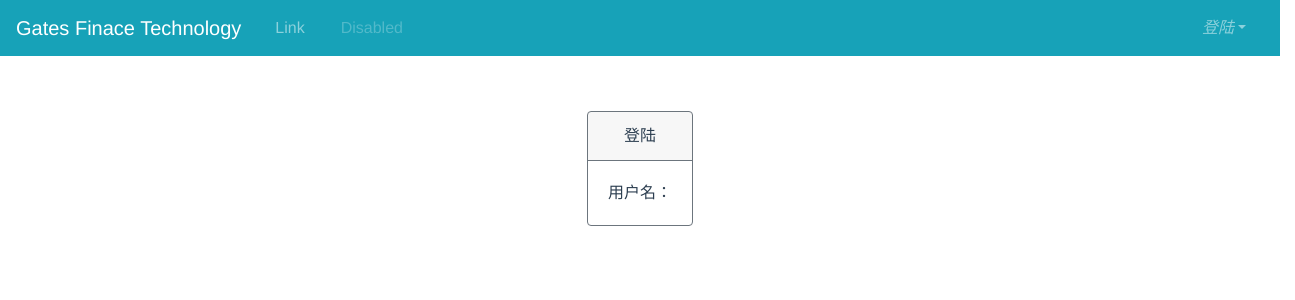
Repository: sqsssq/GatesFinace
Page: /login (app in webview/)
The author's editor kept a copy of each file at every save. The page is drawn from the files as they stood at one save, then again after the next save.
The browser window is 1280 px wide. The page is 1295 px wide, so the pictures cover 1295 px, including what lies to the right of the window. The pictures show the whole page.
The project was rebuilt for these pictures with package versions that can differ from the ones it lists, and the page was loaded fresh each time. Also part of the build but not shown: webview/src/components/HelloWorld.vue, webview/src/views/Home.vue, webview/src/components/gatesCarousel.vue, webview/src/views/main.vue.

Above is the page before, as saved 2020-11-03 16:22:36.

### webview/public/index.html
<!DOCTYPE html>
<html lang="en">
  <head>
    <meta charset="utf-8">
    <meta http-equiv="X-UA-Compatible" content="IE=edge">
    <meta name="viewport" content="width=device-width,initial-scale=1.0">
    <link rel="icon" href="<%= BASE_URL %>favicon.ico">
    <title><%= htmlWebpackPlugin.options.title %></title>
    <style>
      html, body{ margin:0; height:100%; }
    </style>
  </head>
  <body>
    <noscript>
      <strong>We're sorry but <%= htmlWebpackPlugin.options.title %> doesn't work properly without JavaScript enabled. Please enable it to continue.</strong>
    </noscript>
    <div id="app"></div>
    <!-- built files will be auto injected -->
  </body>
</html>

### webview/src/main.js
import Vue from 'vue'
import App from './App.vue'
import router from './router'
import store from './store'
import ElementUI from 'element-ui'
import 'element-ui/lib/theme-chalk/index.css'
import 'element-ui/lib/theme-chalk/base.css'
import { BootstrapVue, IconsPlugin } from 'bootstrap-vue'
import 'bootstrap/dist/css/bootstrap.css'
import 'bootstrap-vue/dist/bootstrap-vue.css'

Vue.config.productionTip = false
Vue.use(ElementUI);
Vue.use(BootstrapVue);
Vue.use(IconsPlugin);

new Vue({
  router,
  store,
  render: h => h(App)
}).$mount('#app')

### webview/src/App.vue
<template>
  <div id="app">
    <!-- <div id="nav">
      <router-link to="/">Home</router-link> |
      <router-link to="/about">About</router-link>
    </div> -->
    <router-view/>
  </div>
</template>

<style lang="stylus">
#app
  font-family Avenir, Helvetica, Arial, sans-serif
  -webkit-font-smoothing antialiased
  -moz-osx-font-smoothing grayscale
  text-align center
  color #2c3e50
  margin-top 0px
  height 100%
</style>

### webview/src/router/index.js
import Vue from 'vue'
import VueRouter from 'vue-router'
import Home from '../views/Home.vue'
import Main from '../views/main.vue'
import Login from '../views/login.vue'

Vue.use(VueRouter)

const routes = [
  {
    path: '/',
    name: 'Home',
    component: Home
  },
  {
    path: '/about',
    name: 'About',
    // route level code-splitting
    // this generates a separate chunk (about.[hash].js) for this route
    // which is lazy-loaded when the route is visited.
    component: () => import(/* webpackChunkName: "about" */ '../views/About.vue')
  },
  {
    path: '/main',
    name: 'Main',
    component: Main
  },
  {
    path: '/login',
    name: 'Login',
    component: Login
  }
]

const router = new VueRouter({
  mode: 'history',
  base: process.env.BASE_URL,
  routes
})

export default router

### webview/src/views/login.vue
<!--
 * @Author: your name
 * @Date: 2020-11-01 17:40:45
 * @LastEditTime: 2020-11-03 08:31:04
 * @LastEditors: Please set LastEditors
 * @Description: In User Settings Edit
 * @FilePath: \webview\src\views\main.vue
-->
<template>
  <div class="container-fiuled" style="height: 100%;">
    <!-- <img alt="Vue logo" src="../assets/logo.png"> -->
    <!-- <HelloWorld msg="Welcome to Your Vue.js App" style="height:100%"/> -->
    <gatesNavbar />
    <div class="row" style="margin-top: 5px;">
      <div class="col"  style="padding-left: 0px; padding-right: 0px;">
      </div>
      <gatesLogin style="margin-top: 50px;"/>
      <div class="col"  style="padding-left: 0px; padding-right: 0px;">
      </div>
    </div>
  </div>
</template>

<script>
// @ is an alias to /src
import HelloWorld from '@/components/HelloWorld.vue'
import gatesNavbar from '@/components/gatesNavbar.vue'
import gatesLogin from '@/components/gatesLogin.vue'

export default {
  name: 'Home',
  components: {
    gatesNavbar,
    gatesLogin
  }
}
</script>

### webview/src/components/gatesNavbar.vue
<!--
 * @Author: your name
 * @Date: 2020-10-31 09:19:12
 * @LastEditTime: 2020-11-03 08:32:14
 * @LastEditors: Please set LastEditors
 * @Description: In User Settings Edit
 * @FilePath: \webview\src\components\HelloWorld.vue
-->
<template>
  <div>
    <b-navbar
      toggleable="lg"
      type="dark"
      variant="info"
    >
      <b-navbar-brand href="/main">Gates Finace Technology</b-navbar-brand>

      <b-navbar-toggle target="nav-collapse"></b-navbar-toggle>

      <b-collapse
        id="nav-collapse"
        is-nav
      >
        <b-navbar-nav>
          <b-nav-item href="#">Link</b-nav-item>
          <b-nav-item
            href="#"
            disabled
          >Disabled</b-nav-item>
        </b-navbar-nav>

        <!-- Right aligned nav items -->
        <b-navbar-nav class="ml-auto">
          <!-- <b-nav-form style="padding-top: 2px">
            <b-form-input
              size="sm"
              class="mr-sm-2"
              placeholder="Search"
            ></b-form-input>
            <b-button
              size="sm"
              class="my-2 my-sm-0"
              type="submit"
            >Search</b-button>
          </b-nav-form> -->

          <!-- <b-nav-item-dropdown text="Lang" right>
          <b-dropdown-item href="#">EN</b-dropdown-item>
          <b-dropdown-item href="#">ES</b-dropdown-item>
          <b-dropdown-item href="#">RU</b-dropdown-item>
          <b-dropdown-item href="#">FA</b-dropdown-item>
        </b-nav-item-dropdown> -->

          <b-nav-item-dropdown right>
            <!-- Using 'button-content' slot -->
            <template #button-content>
              <em>{{username == '' ? '登陆' : username}}</em>
            </template>
            <b-dropdown-item href="/login">登陆</b-dropdown-item>
            <b-dropdown-item href="#">注册</b-dropdown-item>
            <b-dropdown-item href="#">登出</b-dropdown-item>
          </b-nav-item-dropdown>
        </b-navbar-nav>
      </b-collapse>
    </b-navbar>
  </div>
</template>

<script>
import axios from 'axios';
export default {
  name: 'gatesNavbar',
  // props: {
  //   msg: String
  // }
  data () {
    return {
      username: ''
    }
  },
  methods: {
  },
  created () {
    // console.log(2);
    // this.getmsg();
  },
  mounted () {

    // this.createLogo();
  }
}
</script>

<!-- Add "scoped" attribute to limit CSS to this component only -->
<style scoped lang="stylus">
h3 {
  letter-spacing: 3px;
  color: #fff;
  font-weight: 500;
  margin-bottom: 10px;
  margin-top: 10px;
  font-size: 15px;
}

h2 {
  margin-top: 10px;
  color: #fff;
  letter-spacing: 10px;
  // font-size: 40px
  font-size: 20px;
}

ul {
  list-style-type: none;
  padding: 0;
}

li {
  display: inline-block;
  margin: 0 10px;
}

a {
  color: #42b983;
}
</style>

### webview/src/components/gatesLogin.vue
<!--
 * @Author: your name
 * @Date: 2020-10-31 09:19:12
 * @LastEditTime: 2020-11-03 08:32:14
 * @LastEditors: Please set LastEditors
 * @Description: In User Settings Edit
 * @FilePath: \webview\src\components\HelloWorld.vue
-->
<template>
  <div>
    <b-card
        border-variant="secondary"
        header="登陆"
        header-border-variant="secondary"
        align="center"
      >
        <!-- <b-card-text>Lorem ipsum dolor sit amet, consectetur adipiscing elit.</b-card-text> -->
        用户名：
      </b-card>

  </div>
</template>

<script>
import axios from 'axios';
export default {
  name: 'gatesLogin',
  // props: {
  //   msg: String
  // }
  data () {
    return {
      username: ''
    }
  },
  methods: {
  },
  created () {
    // console.log(2);
    // this.getmsg();
  },
  mounted () {

    // this.createLogo();
  }
}
</script>

<!-- Add "scoped" attribute to limit CSS to this component only -->
<style scoped lang="stylus">

</style>

Loaded but not shown: webview/src/store/index.js (common file)

After the next save:
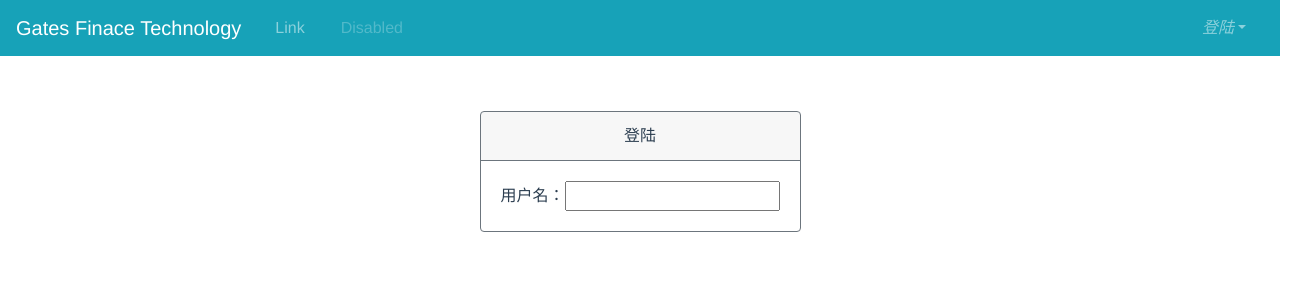
Saved 7 s later.
--- a/webview/src/components/gatesLogin.vue
+++ b/webview/src/components/gatesLogin.vue
@@ -15,7 +15,7 @@
         align="center"
       >
         <!-- <b-card-text>Lorem ipsum dolor sit amet, consectetur adipiscing elit.</b-card-text> -->
-        用户名：
+        用户名：<input>
       </b-card>
 
   </div>
